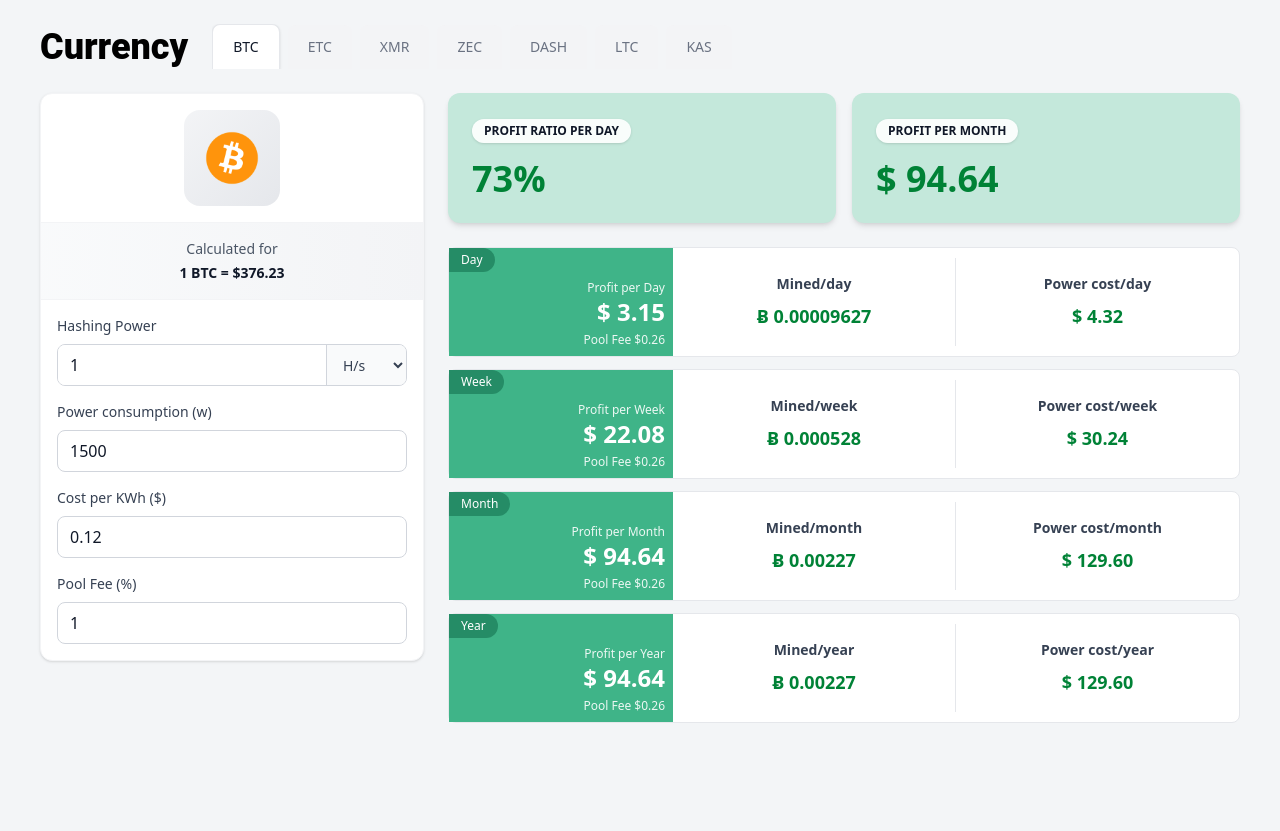
Repository: Bilal-Ahmad-CodeMaster/cryp
Page: /
These files come from the project's save history. The page is drawn as it stood at one moment and after the next save; the edit follows.
The browser window is 1280 px wide. The pictures show the whole page.
The project was rebuilt for these pictures with package versions that can differ from the ones it lists, and the page was loaded fresh each time. The framework's server and built-in components were replaced by stand-ins that run in the browser. Also part of the build but not shown: next.config.ts.

Above is the page before, as saved 2025-11-27 19:54:02.

After the next save:
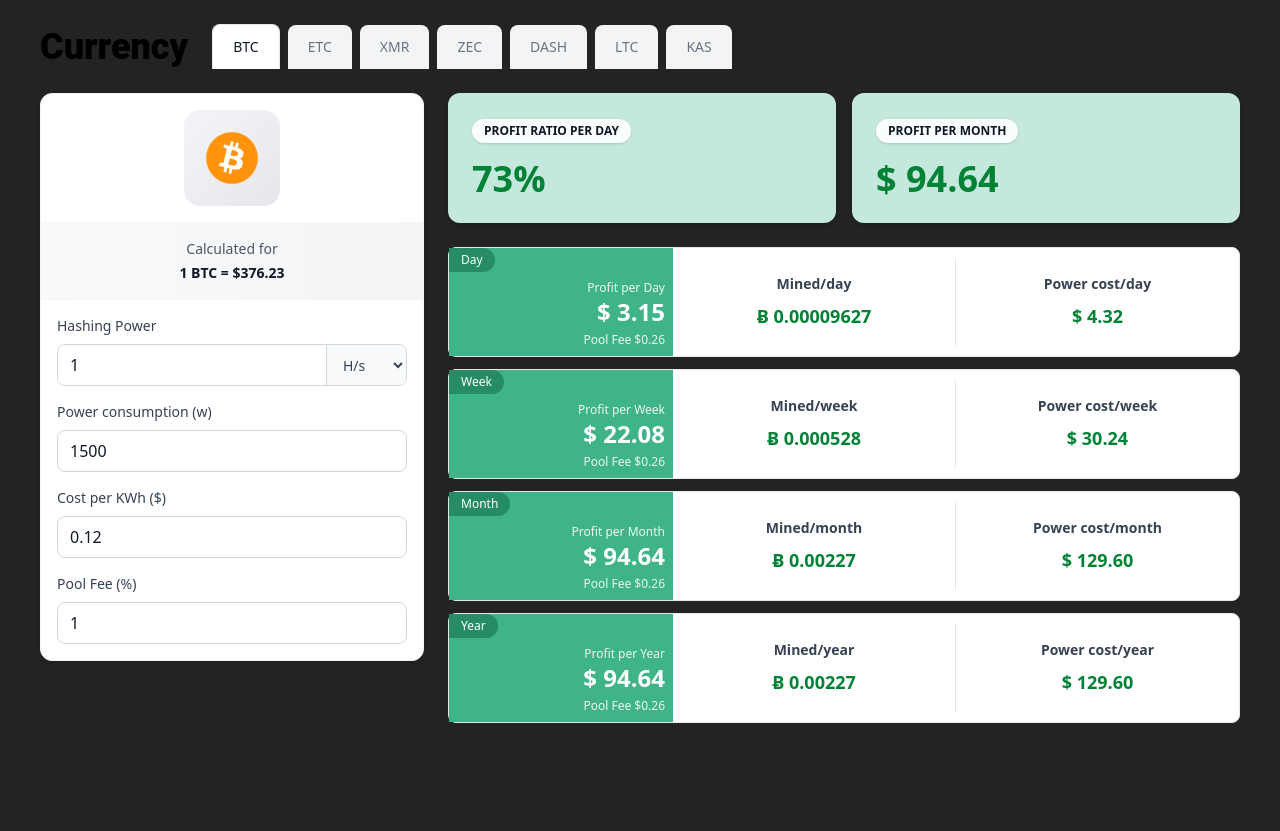
Saved 10 min 22 s later.
--- a/src/app/page.tsx
+++ b/src/app/page.tsx
@@ -21,7 +21,7 @@
   return (
     <>
       {/* <HeroSection /> */}
-      <main className="min-h-screen p-4 md:p-6  bg-[#f3f5f7] pb-29 md:pb-24 ">
+      <main className="min-h-screen p-4 md:p-6  bg-[#232324] pb-29 md:pb-24 ">
         <div className="max-w-[1200px] mx-auto">
           <header className="flex flex-col lg:flex-row lg:items-center gap-4 lg:gap-6 mb-6">
             <h1 className="text-3xl lg:text-4xl font-extrabold text-black text-center lg:text-left" style={{ fontFamily: '"Lobster", Roboto, Arial' }}>

After the save that followed:
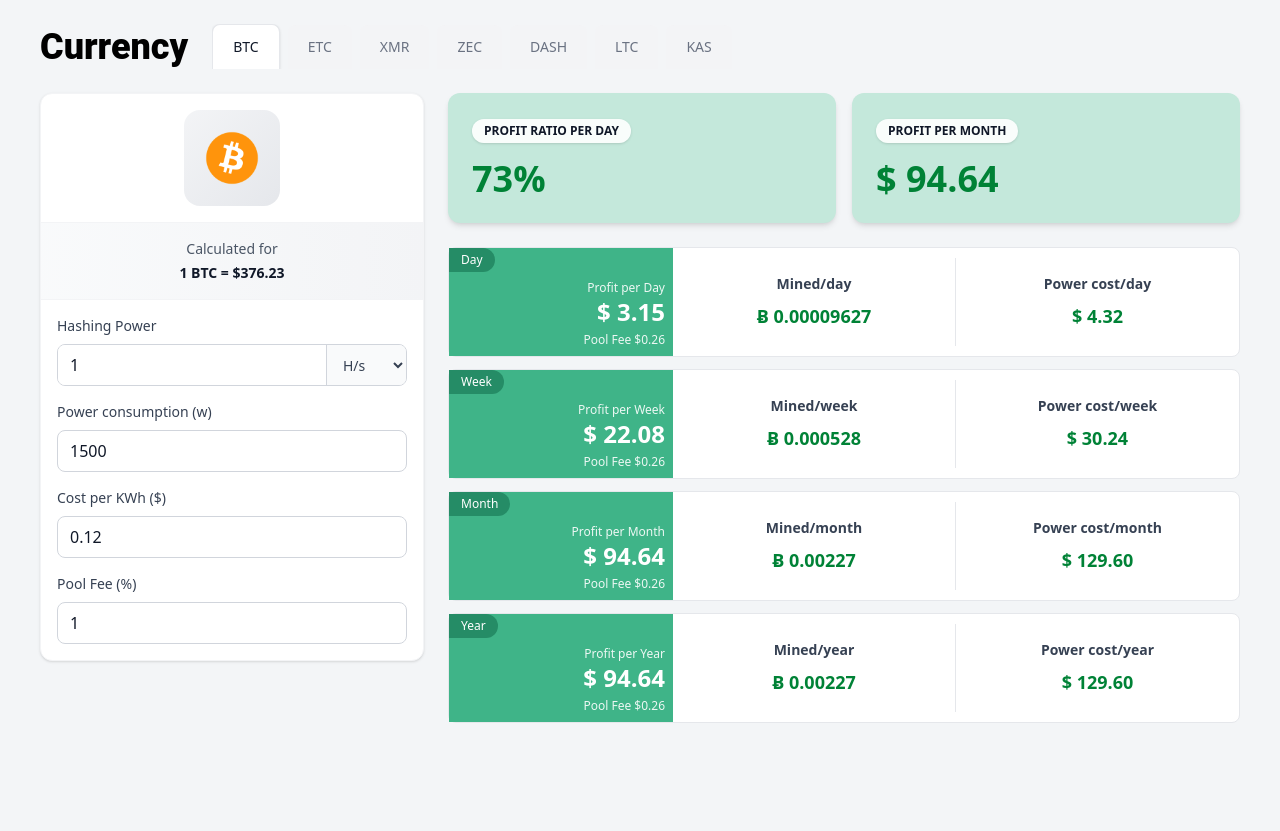
Saved 28 s later.
--- a/src/app/page.tsx
+++ b/src/app/page.tsx
@@ -21,7 +21,7 @@
   return (
     <>
       {/* <HeroSection /> */}
-      <main className="min-h-screen p-4 md:p-6  bg-[#232324] pb-29 md:pb-24 ">
+      <main className="min-h-screen p-4 md:p-6  bg-[#f3f5f7] pb-29 md:pb-24 ">
         <div className="max-w-[1200px] mx-auto">
           <header className="flex flex-col lg:flex-row lg:items-center gap-4 lg:gap-6 mb-6">
             <h1 className="text-3xl lg:text-4xl font-extrabold text-black text-center lg:text-left" style={{ fontFamily: '"Lobster", Roboto, Arial' }}>
